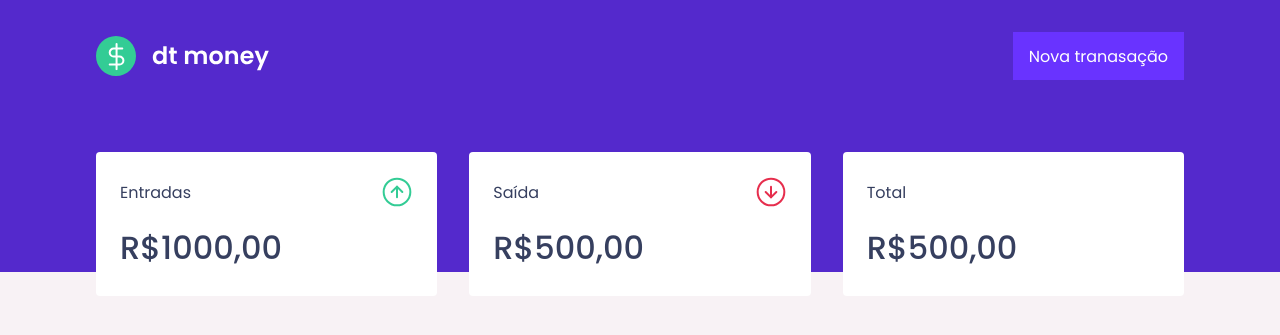
Repository: soualexandre/dtmoney
Page: /
These files come from the project's save history. The page is drawn as it stood at one moment and after the next save; the edit follows.
The browser window is 1280 px wide. The pictures show the whole page.
The project was rebuilt for these pictures with package versions that can differ from the ones it lists, and the page was loaded fresh each time.

Above is the page before, as saved 2021-07-13 10:30:42.

### public/index.html
<!DOCTYPE html>
<html lang="en">
  <head>
    <link rel="preconnect" href="https://fonts.googleapis.com">
    <link rel="preconnect" href="https://fonts.gstatic.com" crossorigin>
    <meta charset="utf-8" />
    <meta name="viewport" content="width=device-width, initial-scale=1" />
    <link href="https://fonts.googleapis.com/css2?family=Poppins:wght@400;500;600&display=swap" rel="stylesheet">
    <link rel="stylesheet" href="favicon.png" type="image/png">
    <title>DtMoney</title>
  </head>
  <body>
    <noscript>You need to enable JavaScript to run this app.</noscript>
    <div id="root"></div>
  </body>
</html>

### src/App.tsx
import { Dashboard } from './components/Dashboard';
import { Header } from './components/Header';
import {GlobalStyle} from './styles/global'

export function App() {
  return (
    <>
      <Header/>
      <Dashboard/>
      <GlobalStyle/>
    </>
  );
}

### src/components/Dashboard/index.tsx
import { Sumary } from "../Sumary";
import { Container } from "./styles";


export function Dashboard(){
    return(
       <Container>
          <Sumary/>
       </Container>
    );
}

### src/components/Header/index.tsx
import LogoImg from '../../assets/logo.svg'
import {Container, Content} from './styles'

export function Header(){
    return(
        <Container>
            <Content>
            <img src={LogoImg} alt="dtMoney" />
            <button type="button">
                Nova tranasação
            </button>
            </Content>
        </Container>
    );
}

### src/styles/global.ts
import { createGlobalStyle } from 'styled-components'


export const GlobalStyle = createGlobalStyle`

    :root{
        --background: #f8f2f5;

        --red: #e52e40;
        --blue: #5429cc;

        --blue-light: #6933ff;

        --text-title: #363f5f;
        --text-body: #969cb3;

        --shape: #ffffff;

    }

    *{
        margin: 0;
        padding: 0;
        box-sizing: border-box;
    }
    html{
        @media (max-width: 1080px){
            font-size: 93.5%;
        }

    }

    body{
        background: var(--background);
        -webkit-font-smoothing: antialiased;
    }

    body, input, textarea, button{
        font-family: 'Poppins', sans-serif;
        font-weight: 400;
    }

    h1, h2, h3, h4, h5, h6, strong{
        font-weight: 600;
    }

    button{
        cursor: pointer;
    }
    [disable]{
        opacity: 0.6;
        cursor: not-allowed;
    }

`;

### src/components/Sumary/index.tsx
import {Container} from './styles'
import iconImg from '../../assets/income.svg'
import outcomeImg from '../../assets/outcome.svg'
import totalImg from '../../assets/total.svg'
export function Sumary(){
    return(
        <Container>
            <div>
                <header>
                    <p>Entradas</p>
                    <img src={iconImg} alt=" icon" />
                </header>
                <strong>R$1000,00</strong>
            </div>
            <div>
                <header>
                    <p>Saída</p>
                    <img src={outcomeImg} alt="out icon" />
                </header>
                <strong>R$500,00</strong>
            </div>
            <div>
                <header>
                    <p>Total</p>
                    <img src={totalImg} alt="Total icon" />
                </header>
                <strong>R$500,00</strong>
            </div>
        </Container>
    );
}

### src/components/Dashboard/styles.ts
import styled from 'styled-components'

export const Container = styled.header`
    max-width: 1120PX;
    margin:0 auto;
    padding: 2.5rem 1rem;



`;

### src/components/Header/styles.ts
import styled from 'styled-components'

export const Container = styled.header`
    background: var(--blue);

`;
export const Content = styled.header`
    background: var(--blue);
    max-width: 1120px;
    margin: 0 auto;
    padding: 2rem 1rem 12rem;

    display: flex;
    align-items: center;
    justify-content: space-between;
    button{
        font-size: 1rem;
        color: #fff;
        background: var(--blue-light);
        border: 0;
        padding:0.2rem;
        padding-left: 1rem;
        padding-right: 1rem;
        height: 3rem;

        transition: filter 0.2s;
        &:hover{
            filter: brightness(0.9);
        }

    }
`;

### src/components/Sumary/styles.ts
import styled from 'styled-components'


export const Container = styled.div`
    display: grid;
    grid-template-columns: repeat(3,1fr);
    gap: 2rem;
    margin-top: -10rem;

    div{
        background: var(--shape);
        padding: 1.5rem;
        border-radius: 0.25rem;
        color: var(--text-title);

    }
    header{
        display: flex;
        align-items: center;
        justify-content: space-between;
    }
    strong{
        display: block;
        margin-top: 1rem;
        font-size: 2rem;
        line-height: 3rem;
        font-weight: 500;
    }
`;

Loaded but not shown: src/index.tsx (common file)

After the next save:
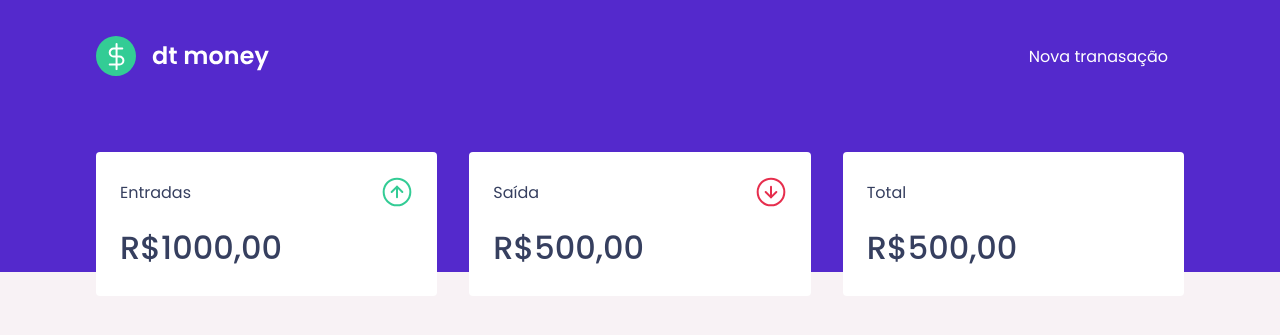
Saved 3 min 39 s later.
--- a/src/styles/global.ts
+++ b/src/styles/global.ts
@@ -8,7 +8,7 @@
 
         --red: #e52e40;
         --blue: #5429cc;
-
+        --green: #33cc95
         --blue-light: #6933ff;
 
         --text-title: #363f5f;

After the 5 saves that followed:
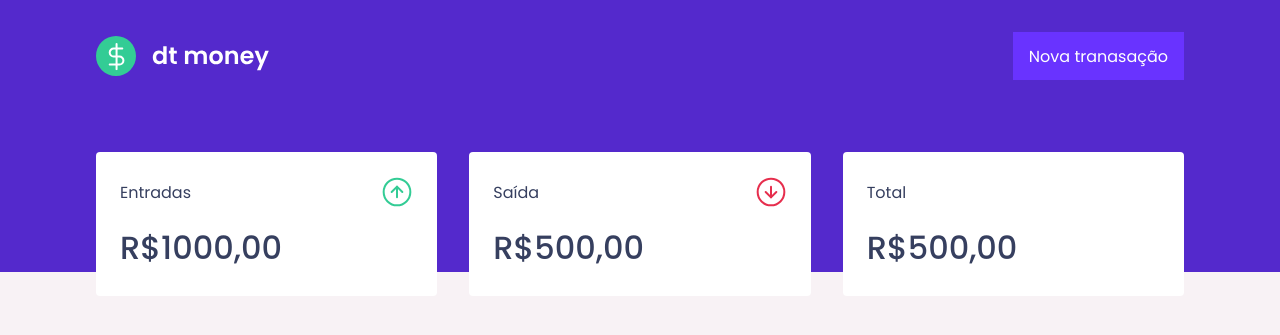
The 5 saves are shown as one change because 4 left the picture as it was.
The last was saved 3 min 25 s later.
--- a/src/styles/global.ts
+++ b/src/styles/global.ts
@@ -8,7 +8,7 @@
 
         --red: #e52e40;
         --blue: #5429cc;
-        --green: #33cc95
+        --green: #33cc95;
         --blue-light: #6933ff;
 
         --text-title: #363f5f;
--- a/src/components/Sumary/styles.ts
+++ b/src/components/Sumary/styles.ts
@@ -13,7 +13,7 @@
         border-radius: 0.25rem;
         color: var(--text-title);
 
-    }
+
     header{
         display: flex;
         align-items: center;
@@ -26,4 +26,9 @@
         line-height: 3rem;
         font-weight: 500;
     }
+    &.highlight-background{
+        background: var(--green);
+        color: #fff
+    }
+}
 `;
